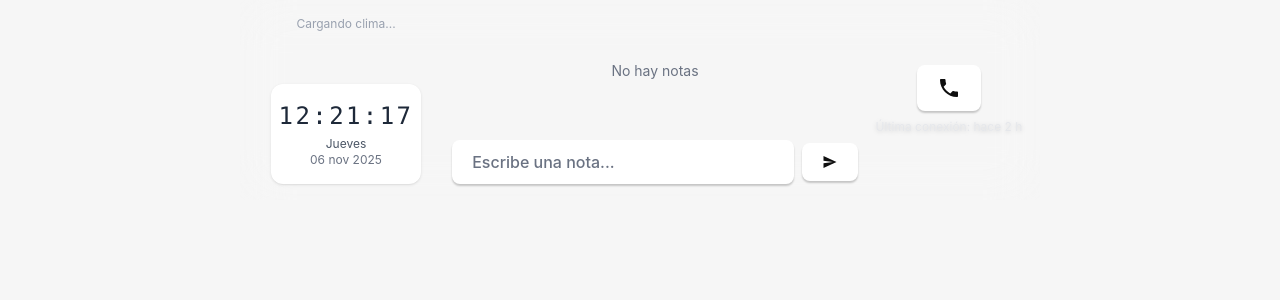
Repository: CodeByEvans/my-romantic-widget
Page: /
These files come from the project's save history. The page is drawn as it stood at one moment and after the next save; the edit follows.
The browser window is 1280 px wide. The pictures show the whole page.
The page's requests for data from a server got no answer. The project was rebuilt for these pictures with package versions that can differ from the ones it lists, and the page was loaded fresh each time. No one was signed in, and anything a server would have sent is missing. Also part of the build but not shown: vite.config.ts.

Above is the page before, as saved 2025-11-06 13:33:43.

### src/App.tsx
import "./App.css";
import { Clock } from "./components/Clock";
import { WeatherWidget } from "./components/WeatherWidget";
import { NotesList } from "./components/NotesList";
import { NoteInput } from "./components/NoteInput";
import { CallButton } from "./components/CallButton";

function App() {
  return (
    <main
      data-tauri-drag-region
      className="w-[800px] h-[200px] mx-auto flex items-center justify-between gap-4
                      backdrop-blur-xl backdrop-saturate-150
                        p-4
                     text-gray-800"
    >
      {/* Clima + Reloj */}
      <section className="flex flex-col justify-between items-center h-full w-[180px]">
        <WeatherWidget />
        <Clock />
      </section>

      {/* Notas + input */}
      <section className="flex flex-col justify-between h-full flex-1">
        <NotesList />
        <NoteInput />
      </section>

      {/* Llamada */}
      <section className="flex flex-col justify-center items-center h-full w-[150px]">
        <CallButton />
        <p className="text-xs text-gray-200 mt-2 drop-shadow-sm">
          Última conexión: hace 2 h
        </p>
      </section>
    </main>
  );
}

export default App;

### src/App.css
@import "tailwindcss";

.logo.vite:hover {
  filter: drop-shadow(0 0 2em #747bff);
}

.logo.react:hover {
  filter: drop-shadow(0 0 2em #61dafb);
}
:root {
  font-family: Inter, Avenir, Helvetica, Arial, sans-serif;
  font-size: 16px;
  line-height: 24px;
  font-weight: 400;

  color: #0f0f0f;
  background-color: #f6f6f6;

  font-synthesis: none;
  text-rendering: optimizeLegibility;
  -webkit-font-smoothing: antialiased;
  -moz-osx-font-smoothing: grayscale;
  -webkit-text-size-adjust: 100%;
  -webkit-app-region: drag;
}

.container {
  margin: 0;
  padding-top: 10vh;
  display: flex;
  flex-direction: column;
  justify-content: center;
  text-align: center;
}

.logo {
  height: 6em;
  padding: 1.5em;
  will-change: filter;
  transition: 0.75s;
}

.logo.tauri:hover {
  filter: drop-shadow(0 0 2em #24c8db);
}

.row {
  display: flex;
  justify-content: center;
}

a {
  font-weight: 500;
  color: #646cff;
  text-decoration: inherit;
}

a:hover {
  color: #535bf2;
}

h1 {
  text-align: center;
}

input,
button {
  border-radius: 8px;
  border: 1px solid transparent;
  padding: 0.6em 1.2em;
  font-size: 1em;
  font-weight: 500;
  font-family: inherit;
  color: #0f0f0f;
  background-color: #ffffff;
  transition: border-color 0.25s;
  box-shadow: 0 2px 2px rgba(0, 0, 0, 0.2);
  -webkit-app-region: no-drag;
}

button {
  cursor: pointer;
}

button:hover {
  border-color: #396cd8;
}
button:active {
  border-color: #396cd8;
  background-color: #e8e8e8;
}

input,
button {
  outline: none;
}

#greet-input {
  margin-right: 5px;
}

@media (prefers-color-scheme: dark) {
  :root {
    color: #f6f6f6;
    background-color: #2f2f2f;
  }

  a:hover {
    color: #24c8db;
  }

  input,
  button {
    color: #ffffff;
    background-color: #0f0f0f98;
  }
  button:active {
    background-color: #0f0f0f69;
  }
}

### src/components/Clock.tsx
import { useEffect, useState } from "react";

export const Clock = () => {
  const [time, setTime] = useState(new Date());

  useEffect(() => {
    const interval = setInterval(() => {
      setTime(new Date());
    }, 1000);
    return () => clearInterval(interval);
  }, []);

  const hours = time.getHours().toString().padStart(2, "0");
  const minutes = time.getMinutes().toString().padStart(2, "0");
  const seconds = time.getSeconds().toString().padStart(2, "0");

  const day = time.toLocaleDateString("es-ES", { weekday: "long" });
  const date = time.toLocaleDateString("es-ES", {
    day: "2-digit",
    month: "short",
    year: "numeric",
  });

  return (
    <div className="bg-white rounded-xl shadow-sm px-3 py-2 flex flex-col items-center justify-center w-[150px] h-[100px] backdrop-blur-sm">
      <p className="text-2xl font-mono tracking-widest text-gray-800">
        {hours}:{minutes}:{seconds}
      </p>
      <p className="text-xs text-gray-600 mt-1 capitalize">{day}</p>
      <p className="text-xs text-gray-500">{date}</p>
    </div>
  );
};

### src/components/WeatherWidget.tsx
import { JSX } from "react";
import { useWeather } from "../hooks/useWeather";
import {
  WiDaySunny,
  WiCloud,
  WiRain,
  WiSnow,
  WiThunderstorm,
  WiFog,
  WiDayHaze,
} from "react-icons/wi";

const weatherStyles: Record<string, { gradient: string; icon: JSX.Element }> = {
  Thunderstorm: {
    gradient: "from-indigo-800 via-purple-700 to-indigo-900 text-white",
    icon: <WiThunderstorm size={28} />,
  },
  Drizzle: {
    gradient: "from-sky-400 via-sky-500 to-blue-600 text-white",
    icon: <WiRain size={28} />,
  },
  Rain: {
    gradient: "from-blue-500 via-indigo-500 to-blue-700 text-white",
    icon: <WiRain size={28} />,
  },
  Snow: {
    gradient: "from-cyan-100 via-blue-100 to-blue-300 text-gray-700",
    icon: <WiSnow size={28} />,
  },
  Mist: {
    gradient: "from-gray-200 via-gray-300 to-gray-400 text-gray-800",
    icon: <WiFog size={28} />,
  },
  Haze: {
    gradient: "from-amber-200 via-amber-300 to-amber-400 text-gray-800",
    icon: <WiDayHaze size={28} />,
  },
  Clear: {
    gradient: "from-yellow-200 via-orange-300 to-pink-400 text-gray-900",
    icon: <WiDaySunny size={28} />,
  },
  Clouds: {
    gradient: "from-gray-300 via-gray-400 to-gray-600 text-gray-900",
    icon: <WiCloud size={28} />,
  },
  Fog: {
    gradient: "from-gray-300 via-gray-400 to-gray-500 text-gray-900",
    icon: <WiFog size={28} />,
  },
};

export const WeatherWidget = () => {
  const { data, loading, errorWeather } = useWeather();

  if (errorWeather)
    return <div className="text-xs text-red-400">{errorWeather}</div>;
  if (loading || !data)
    return <div className="text-xs text-gray-400">Cargando clima...</div>;

  const [city, info] = Object.entries(data)[0] || [];
  const temp = Math.round(info.main.temp);
  const condition = info.weather[0].main;

  const style = weatherStyles[condition] || weatherStyles["Clouds"];

  return (
    <div
      className={`relative flex flex-col items-center justify-center rounded-2xl
                  bg-gradient-to-br ${style.gradient} w-[150px] h-[100px]
                  backdrop-blur-md bg-opacity-70 shadow-[0_2px_10px_rgba(0,0,0,0.3)]
                  border border-white/20 overflow-hidden transition-all duration-500`}
    >
      {/* sutil capa de brillo animado */}
      <div className="absolute inset-0 bg-white/10 opacity-0 hover:opacity-20 transition-opacity duration-500" />

      {/* borde de reflejo superior */}
      <div className="absolute top-0 left-0 right-0 h-[1px] bg-white/40" />

      {/* contenido */}
      <div className="flex items-center gap-2">
        <div className="animate-pulse-slow">{style.icon}</div>
        <div className="flex flex-col items-start leading-tight">
          <h2 className="text-xs font-semibold tracking-wide drop-shadow-sm">
            {city}
          </h2>
          <p className="text-lg font-bold drop-shadow-sm">{temp}°C</p>
        </div>
      </div>
    </div>
  );
};

### src/components/NotesList.tsx
import { useRealTimeNotes } from "../hooks/useRealTimeNotes";

export const NotesList = () => {
  const notes = useRealTimeNotes();

  const sortedNotes = [...notes].sort(
    (a, b) =>
      new Date(b.created_at).getTime() - new Date(a.created_at).getTime()
  );

  const noteToShow = sortedNotes[0];
  if (!noteToShow)
    return (
      <div className="flex items-center justify-center h-[110px] text-gray-500 text-sm">
        No hay notas
      </div>
    );

  return (
    <div className="bg-white rounded-xl backdrop-blur-sm shadow-inner p-3 h-[110px] overflow-hidden">
      <div className="flex justify-between items-center mb-1">
        <h3 className="font-semibold text-sm text-gray-700">
          {noteToShow.from}
        </h3>
        <small className="text-xs text-gray-400">
          {new Date(noteToShow.created_at).toLocaleString()}
        </small>
      </div>
      <p className="text-gray-700 text-sm italic line-clamp-3">
        {noteToShow.message}
      </p>
    </div>
  );
};

### src/components/NoteInput.tsx
import { IoMdSend } from "react-icons/io";

export const NoteInput = () => {
  return (
    <form className="flex items-center gap-2 mt-2">
      <input
        type="text"
        placeholder="Escribe una nota..."
        className="flex-1 text-sm px-3 py-2 rounded-lg bg-white text-gray-800 placeholder-gray-500 focus:outline-none focus:ring-2 focus:ring-blue-300 transition-all"
      />
      <button
        type="submit"
        className="p-2 bg-blue-500 rounded-full text-white hover:bg-blue-600 transition-colors"
      >
        <IoMdSend size={16} />
      </button>
    </form>
  );
};

### src/components/CallButton.tsx
import { IoMdCall } from "react-icons/io";

export const CallButton = () => {
  return (
    <div className="flex flex-col items-center justify-center">
      <button className="p-4 bg-green-500 text-white rounded-full shadow-md hover:bg-green-600 hover:scale-105 transition-transform">
        <IoMdCall size={24} />
      </button>
    </div>
  );
};

### src/hooks/useWeather.ts
import { useEffect, useState } from "react";
import {
  getCityByCoordinates,
  getWeatherByCity,
} from "../services/weatherService";
import { WeatherData } from "../types/weather";
import { useGeolocation } from "./useGeolocation";

export const useWeather = () => {
  const { coords, error } = useGeolocation();
  const [data, setData] = useState<Record<string, WeatherData> | null>(null);
  const [loading, setLoading] = useState<boolean>(false);
  const [errorWeather, setErrorWeather] = useState<string | null>(null);

  useEffect(() => {
    if (error) setErrorWeather(error);
  }, [error]);

  useEffect(() => {
    if (!coords) return;

    const fetchWeather = async () => {
      setLoading(true);
      try {
        const city = await getCityByCoordinates(
          coords.latitude,
          coords.longitude
        );
        const weather = await getWeatherByCity(city[0].name);
        setData({ [city[0].name]: weather });
      } catch (error) {
        console.error(error);
      } finally {
        setLoading(false);
      }
    };

    fetchWeather();
  }, [coords]);

  return { data, loading, errorWeather };
};

### src/hooks/useRealTimeNotes.ts
import { useEffect, useState } from "react";
import z from "zod";
import { supabase } from "../services/supabaseClient";

const noteSchema = z.object({
  id: z.number(),
  from: z.string(),
  message: z.string(),
  created_at: z.string(),
});

type Note = z.infer<typeof noteSchema>;

export const useRealTimeNotes = () => {
  const [notes, setNotes] = useState<Note[]>([]);

  useEffect(() => {
    // Cargar notas iniciales
    supabase
      .from<"notes", Note>("notes")
      .select("*")
      .then(({ data, error }) => {
        if (data) {
          setNotes(data);
          console.log("Notas cargadas:", data);
        } else {
          console.error("Error fetching notes:", error);
        }
      });

    // Suscripción en tiempo real
    const channel = supabase
      .channel("public:notes")
      .on(
        "postgres_changes",
        { event: "*", schema: "public", table: "notes" },
        (payload) => {
          console.log("Cambio dettectado:", payload);

          if (payload.eventType === "INSERT") {
            const newNote = noteSchema.parse(payload.new);
            setNotes((prevNotes) => [...prevNotes, newNote]);
            console.log("Nota añadida:", newNote);
          } else if (payload.eventType === "UPDATE") {
            setNotes((prev) =>
              prev.map((note) =>
                note.id === payload.new.id
                  ? noteSchema.parse(payload.new)
                  : note
              )
            );
          } else if (payload.eventType === "DELETE") {
            setNotes((prev) =>
              prev.filter((note) => note.id !== payload.old.id)
            );
          }
        }
      )
      .subscribe();

    return () => {
      supabase.removeChannel(channel);
    };
  }, []);

  return notes;
};

### src/services/weatherService.ts
import { envs } from "../config/envs";

export const getWeatherByCity = async (city: string) => {
  const response = await fetch(
    `https://api.openweathermap.org/data/2.5/weather?q=${city}&appid=${envs.openWeatherApiKey}&units=metric`
  );

  if (!response.ok) {
    throw new Error("No se pudo obtener el clima");
  }
  return response.json();
};

export const getCityByCoordinates = async (lat: number, lon: number) => {
  const response = await fetch(
    `https://api.openweathermap.org/geo/1.0/reverse?lat=${lat}&lon=${lon}&limit=1&appid=${envs.openWeatherApiKey}`
  );

  if (!response.ok) {
    throw new Error("No se pudo obtener la ciudad");
  }

  return response.json();
};

### src/hooks/useGeolocation.ts
import { useEffect, useState } from "react";

export const useGeolocation = () => {
  const [coords, setCoords] = useState<{
    latitude: number;
    longitude: number;
  } | null>(null);
  const [error, setError] = useState<string | null>(null);

  useEffect(() => {
    if (!navigator.geolocation) {
      setError("Geolocalización no soportada por el navegador");
      return;
    }

    navigator.geolocation.getCurrentPosition(
      (position) => {
        setCoords({
          latitude: position.coords.latitude,
          longitude: position.coords.longitude,
        });
      },
      (err) => {
        setError(`Error obteniendo la geolocalización: ${err.message}`);
      }
    );
  }, []);

  return { coords, error };
};

### src/services/supabaseClient.ts
import { createClient } from "@supabase/supabase-js";
import { envs } from "../config/envs";

export const supabase = createClient(envs.supabaseUrl, envs.supabaseAnonKey, {
  realtime: {
    params: {
      eventsPerSecond: 10,
    },
  },
});

### src/config/envs.ts
import * as z from "zod";

const envSchema = z.object({
  VITE_SUPABASE_URL: z.string().url(),
  VITE_SUPABASE_ANON_KEY: z.string().min(1),
  VITE_OPEN_WEATHER_API_KEY: z.string().min(1),
});

const parsed = envSchema.parse(import.meta.env);

export const envs = {
  supabaseUrl: parsed.VITE_SUPABASE_URL,
  supabaseAnonKey: parsed.VITE_SUPABASE_ANON_KEY,
  openWeatherApiKey: parsed.VITE_OPEN_WEATHER_API_KEY,
};

Loaded but not shown: index.html (common file); src/main.tsx (common file)

After the next save:
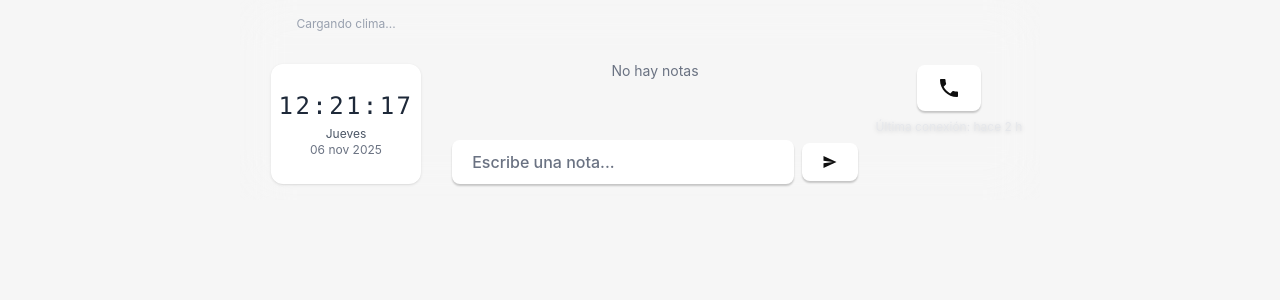
Saved 9 s later.
--- a/src/components/Clock.tsx
+++ b/src/components/Clock.tsx
@@ -22,7 +22,7 @@ export const Clock = () => {
   });
 
   return (
-    <div className="bg-white rounded-xl shadow-sm px-3 py-2 flex flex-col items-center justify-center w-[150px] h-[100px] backdrop-blur-sm">
+    <div className="bg-white rounded-xl shadow-sm px-3 py-2 flex flex-col items-center justify-center w-[150px] h-[120px] backdrop-blur-sm">
       <p className="text-2xl font-mono tracking-widest text-gray-800">
         {hours}:{minutes}:{seconds}
       </p>
